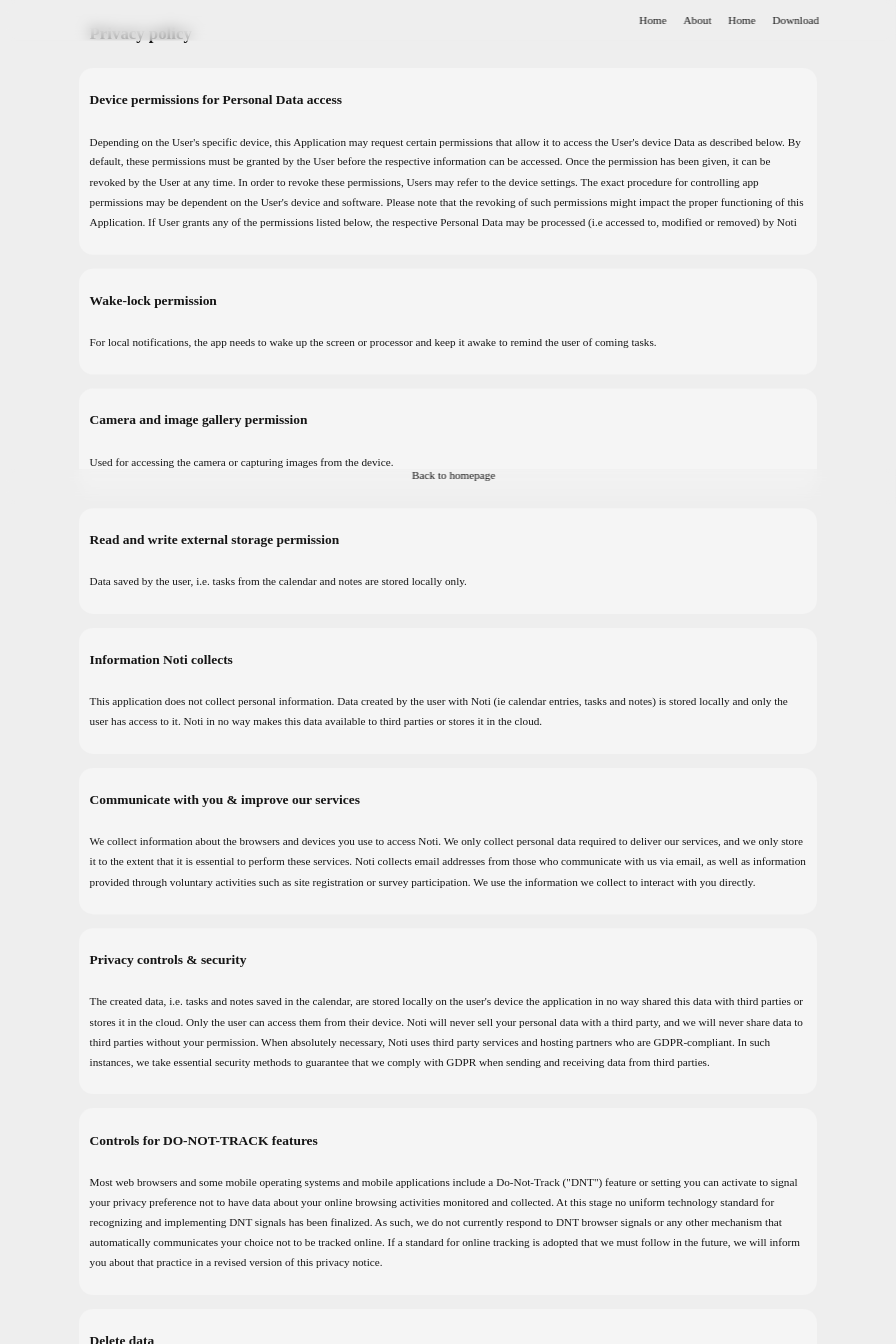
Repository: RafalSiuta/notiweb
Page: policy.html
An editor plug-in stored every save of this project. The page is shown before and after the next save, followed by the edit.
The browser window is 1280 px wide. The pictures show the part of the page from y = 0 to 1920 px (the page is 3557 px tall before and 3691 px after), at 70% of full size.

Above is the page before, as saved 2024-12-15 03:34:12.

### policy.html
<!DOCTYPE html>
<!--[if lt IE 7]>      <html class="no-js lt-ie9 lt-ie8 lt-ie7"> <![endif]-->
<!--[if IE 7]>         <html class="no-js lt-ie9 lt-ie8"> <![endif]-->
<!--[if IE 8]>         <html class="no-js lt-ie9"> <![endif]-->
<!--[if gt IE 8]>      <html class="no-js"> <!--<![endif]-->
<html>
    <head>
        <meta charset="utf-8">
        <meta http-equiv="X-UA-Compatible" content="IE=edge">
        <title>Noti privacy policy</title>
        <link rel="icon" type="image/x-icon" href="/notiweb/images/favicon.ico">
        <meta name="Noti mobile app privacy policy" content="">
        <meta name="viewport" content="width=device-width, initial-scale=1">
        <!-- <link rel="stylesheet" href="/notiweb/styles/styles.css"> -->
        <link rel="stylesheet" href="/styles/styles.css">
    </head>
    <body>
        <nav>
            <ul>
                <li><a href="index.html">Home</a></li>
                <li><a href="index.html">About</a></li>
                <li><a href="index.html">Home</a></li>
                <li><a href="index.html">Download</a></li>
            </ul>
        </nav>

        <div class="main">
            <header>
                <h1>Privacy policy</h1>
            </header>

            <div class="item">

                <h3>Device permissions for Personal Data access</h3>
                <p>Depending on the User's specific device, this Application may request certain permissions that allow it to access the
                    User's device Data as described below.
                    By default, these permissions must be granted by the User before the respective information can be accessed. Once
                    the
                    permission has been given, it can be revoked by the User at any time. In order to revoke these permissions, Users
                    may
                    refer to the device settings.
                    The exact procedure for controlling app permissions may be dependent on the User's device and software.
                    Please note that the revoking of such permissions might impact the proper functioning of this Application.
                    If User grants any of the permissions listed below, the respective Personal Data may be processed (i.e accessed to,
                    modified or removed) by Noti</p>
            </div>
            <div class="item">
                <h3>Wake-lock permission</h3>
                <p>For local notifications, the app needs to wake up the screen or processor and keep it awake to remind the user of coming
                tasks.</p>
            </div>
            <div class="item">
                <h3>Camera and image gallery permission</h3>
                <p>Used for accessing the camera or capturing images from the device.</p>
            </div>
            <div class="item">
                <h3>Read and write external storage permission</h3>
                <p>Data saved by the user, i.e. tasks from the calendar and notes are stored locally only.</p>
            </div>
            <div class="item">
                <h3>Information Noti collects</h3>
                <p>This application does not collect personal information. Data created by the user with Noti (ie calendar entries,
                tasks
                and notes) is stored locally and only the user has access to it. Noti in no way makes this data available to third
                parties or stores it in the cloud.</p>
            </div>
            <div class="item">
                <h3>Communicate with you & improve our services</h3>
                <p>We collect information about the browsers and devices you use to access Noti.
                We only collect personal data required to deliver our services, and we only store it to the extent that it is
                essential
                to perform these services.
                Noti collects email addresses from those who communicate with us via email, as well as information provided through
                voluntary activities such as site registration or survey participation. We use the information we collect to
                interact
                with you directly.</p>
            </div>
            <div class="item">
                <h3>Privacy controls & security</h3>
                <p>The created data, i.e. tasks and notes saved in the calendar, are stored locally on the user's device
                the application in no way
                shared this data with third parties or stores it in the cloud. Only the user can access them from their device.
                Noti will never sell your personal data with a third party, and we will never share data to third parties without
                your permission. When absolutely necessary, Noti uses third party services and hosting partners who are
                GDPR-compliant. In such instances, we take essential security methods to guarantee that we comply with GDPR when sending
                and receiving data from third parties.</p>
            </div>
            <div class="item">
                <h3>Controls for DO-NOT-TRACK features</h3>
                <p>Most web browsers and some mobile operating systems and mobile applications include a Do-Not-Track ("DNT") feature or
                setting you can activate to signal your privacy preference not to have data about your online browsing activities
                monitored and collected. At this stage no uniform technology standard for recognizing and implementing DNT signals has
                been finalized. As such, we do not currently respond to DNT browser signals or any other mechanism that automatically
                communicates your choice not to be tracked online. If a standard for online tracking is adopted that we must follow in
                the future, we will inform you about that practice in a revised version of this privacy notice.</p>
            </div>
            <div class="item">
                <h3>Delete data</h3>
                <p>The data created with the application can be deleted by selecting the settings icon (the gear icon) and then selecting
                "settings" from the bar menu on the right, and then selecting the tab titled "Recycle Bin" - you can decide after which
                time the data will be deleted. Data is also deleted during the process of uninstalling the application from the device.
                Data from the website, such as the name and e-mail address provided for the newsletter, may be deleted after sending
                information to the contact address with a request to delete the data.</p>
            </div>
            <div class="item">
                <h3>The rights of Users</h3>
                <p>In brief: In some regions, such as the European Economic Area (EEA) and the United Kingdom (United Kingdom), you have
                rights that give you greater access to and control over your personal information. You can review, change or close your
                account at any time. In some regions (such as the EEA and UK) you have certain rights under applicable data protection
                laws. They may include the right - to request access and obtain a copy of your personal data, to request rectification
                or deletion, to limit the processing of your personal data and, where applicable, to transfer data. In certain
                circumstances, you may also have the right to object to the processing of your personal data. To make such a request,
                please use the contact details provided below. We will consider and take action upon request in accordance with
                applicable data protection laws. If we are relying on your consent to process your personal data, you have the right to
                withdraw your consent at any time. Remember, however, that this will not affect the lawfulness of processing prior to
                its withdrawal or the processing of your personal data based on lawful grounds for processing other than consent. If you
                are an EEA or UK resident and you believe that we are processing your personal data unlawfully, you also have the right
                to lodge a complaint with your local data protection supervisory authority <br></p>
            </div>
            <div class="item">
                <h3>Do California residents have specific privacy rights?</h3>
                <p>In brief: Yes, if you live in California you have certain rights to access your personal information. Section 1798.83 of
                the California Civil Code, also known as the "Shine The Light" Act, allows our California users to request and obtain
                from us once a year and free of charge information on the categories of personal information (if any) disclosed to third
                parties for direct marketing purposes as well as the names and addresses of all third parties with whom we shared
                personal data in the immediately preceding calendar year. If you are a California resident and wish to make such a
                request, please send us your request to the email address provided below. If you are under the age of 18, live in
                California and have a registered account, you have the right to request the deletion of unwanted data. To request
                deletion of such data, please contact us using the contact details provided below, providing the email address
                associated with your account and a statement that you live in California. We will make sure that the data is not
                publicly displayed in the Application, however, it should be remembered that this data may not be completely or
                comprehensively removed from all our systems (e.g. backups, etc.).</p>
            </div>
            <div class="item">
                <h3>Cookies</h3>
                <p>Cookies are required on Noti Website. We use them to collect visitors' preferences and thus to better optimize the
                user experience. Users can disable cookies in their browser settings. But please note that our services rely on cookies
                to function properly, and you may not be able to access certain features on our Website after disabling them.</p>
            </div>
            <div class="item">
                <h3>Changes to This Policy</h3>
                <p>If our Privacy Policy is changed in the future, we will not limit your rights under this Privacy Policy without your
                express consent. We always indicate the publication date of the latest changes. If the changes are significant, we will
                send you a more prominent notice (including, for certain services, an email notification of changes to the Privacy
                Policy).
                Please check back periodically to stay informed of any updates or changes to this Privacy Policy. By continuing to
                access and use Noti, you agree to be bound by the revised policy.
                </p>
            </div>
            <div class="item">
                <h3>Contact Us</h3>
                <p>If you have any questions about this Policy, please email us at <b>r85unit@gmail.com</b> with topic: "Privacy Questions”
                in the title line.
                </p>
            </div>
        </div>

        <footer>
            <a class="policy-link" href="index.html">Back to homepage</a>
        </footer>
        <script src="" async defer></script>
    </body>
</html>

### styles/styles.css
@font-face {
    font-family: "Exo-medium";
    src:url("fonts/Exo2-Medium.ttf") format("ttf");
    font-family: "Exo-black";
    src: url("fonts/Exo2-Black.ttf") format("ttf");

}
body {
    background-color: #EEEEEE;

}
nav{
    width: 100vw;
    position: fixed;
    top: 0;
    background-color: rgba(238, 238, 238, 0.5);
    backdrop-filter: blur(10px);
}
 ul{
    width: 80vw;
    margin: 20px auto;
    text-align: right;
}

li{
    display: inline;
    margin: 10px;
}
a {
    color: #161616;
    font-size: 1em;
    text-decoration: none;
    font-family: "Exo-medium";
    z-index: 2;
}
.main{
    display: flex;
    flex-direction: column;
    align-items: center;
    padding: 10px auto;
}

h1, h3{
    font-family: "Exo-black";
    font-size: 1.2em;
    color: #161616;
}

h1{
    font-size: 1.5em;
}

section{
    width: 100vw;
    height: 100vh;
    display: flex;
    justify-content: center;
    align-items: center;
}
footer{
    bottom: 0;
    height: 50px;
    width: 100vw;
    position: fixed;
    text-align: center;
    z-index: 2;
    background-color: rgba(238,238, 238, 0.5);
    backdrop-filter: blur(10px);
}
.policy-link{
    font-family: "Exo-medium";
    font-size: 1em;
    color: #161616;
    padding: 5px;
}
.item {
    display: flex;
    flex-direction: column;
    width: 80vw;
    text-align: left;
    margin: 10px auto;
    background-color: #f5f5f5;
    padding: 15px;
    border-radius: 20px;
}
p{
    line-height: 1.8em;
    font-family: 'Exo-medium';
    color: #161616;
}
header{
    width: 80vw;
    text-align: left;
    margin: 10px auto;
    top: 20vh;

}

After the next save:
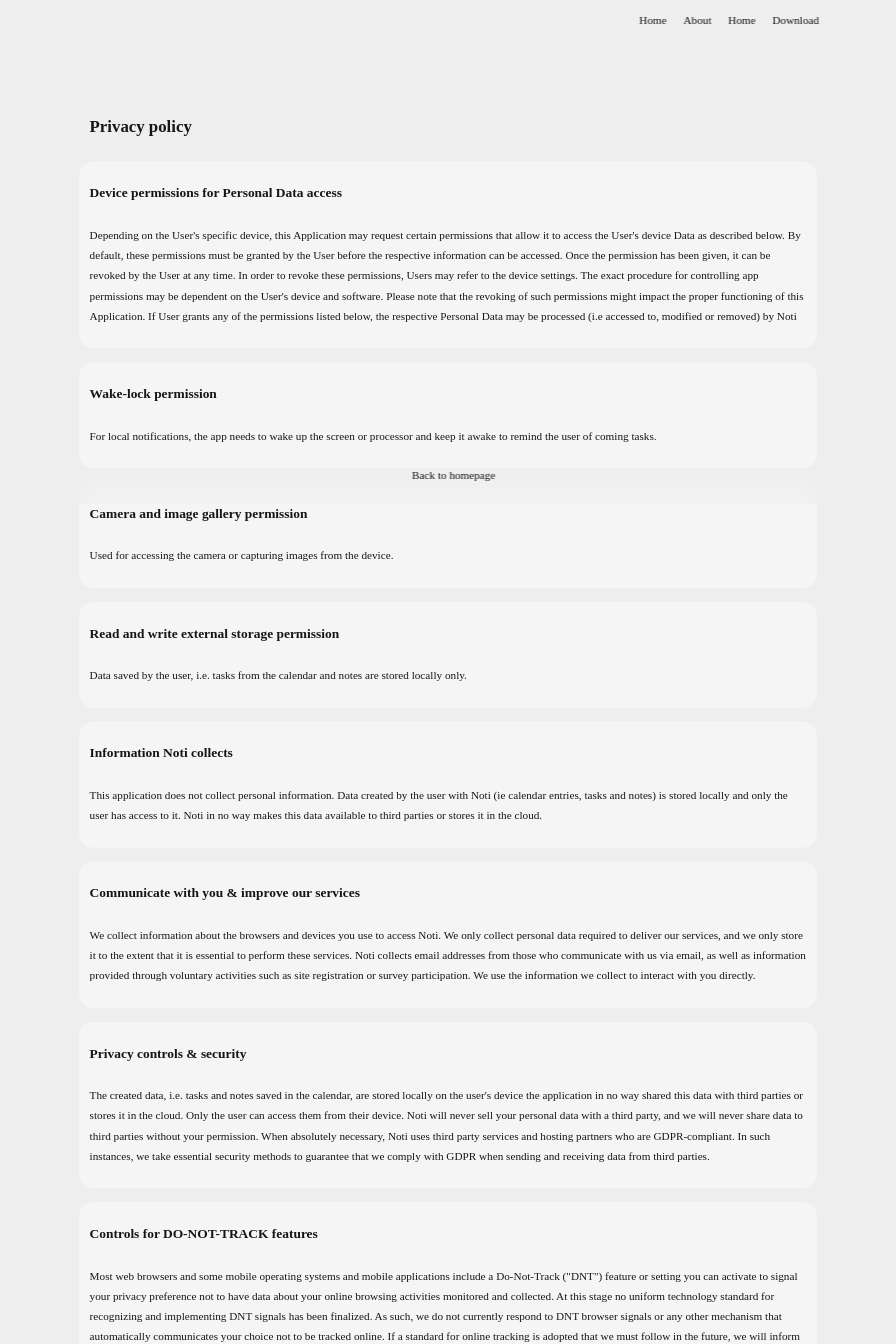
Saved 9 s later.
--- a/styles/styles.css
+++ b/styles/styles.css
@@ -92,6 +92,6 @@
     width: 80vw;
     text-align: left;
     margin: 10px auto;
-    top: 20vh;
+    margin-top: 20vh;
 
 }
